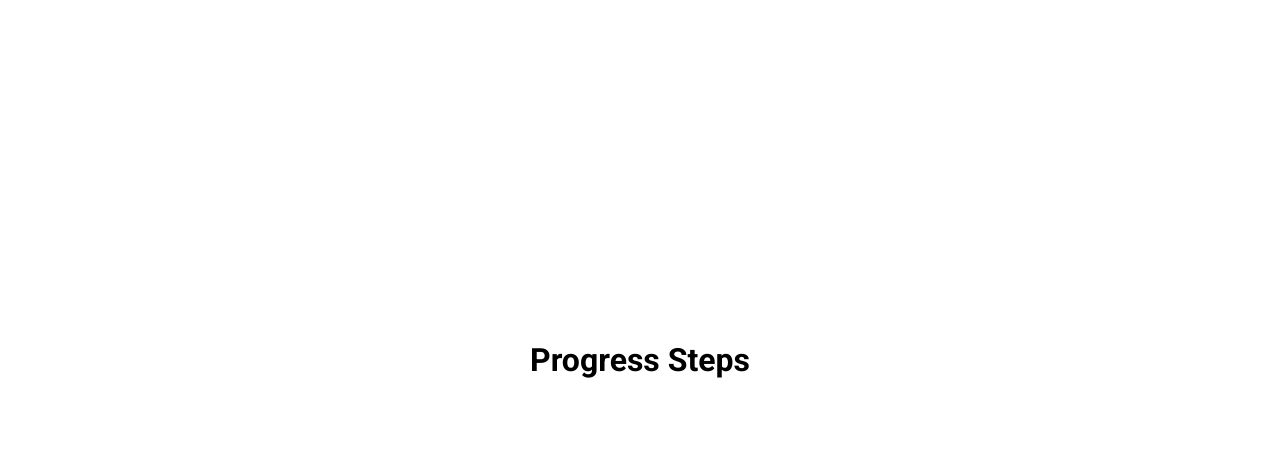
Repository: thecoachanna/progress-step-bar
Page: index.html
The author's editor kept a copy of each file at every save. The page is drawn from the files as they stood at one save, then again after a run of saves.
The browser window is 1280 px wide. The pictures show the whole page.
Some web fonts or font styles are not loaded; a fallback is used.

Above is the page before, as saved 2023-02-15 08:08:12.

After the next 2 saves:
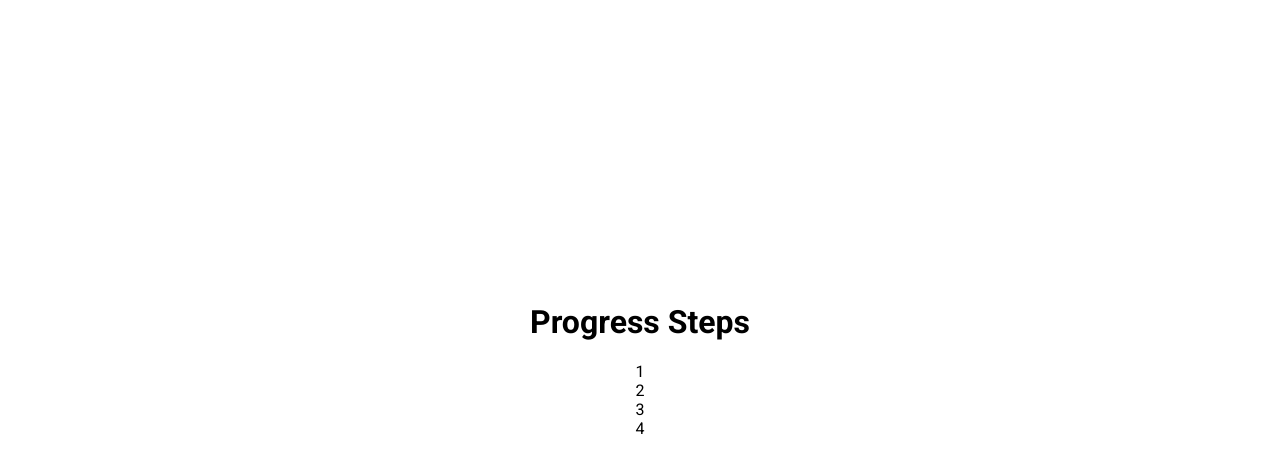
The 2 saves are shown as one change because they came seconds apart.
The last was saved 12 s later.
--- a/index.html
+++ b/index.html
@@ -13,10 +13,10 @@
     <div class="container">
         <div class="progress-container">
             <div class="progress" id="progress"></div>
-            <div class="circle active"></div>
-            <div class="circle active"></div>
-            <div class="circle active"></div>
-            <div class="circle active"></div>
+            <div class="circle active">1</div>
+            <div class="circle active">2</div>
+            <div class="circle active">3</div>
+            <div class="circle active">4</div>
         </div>
     </div>
 
